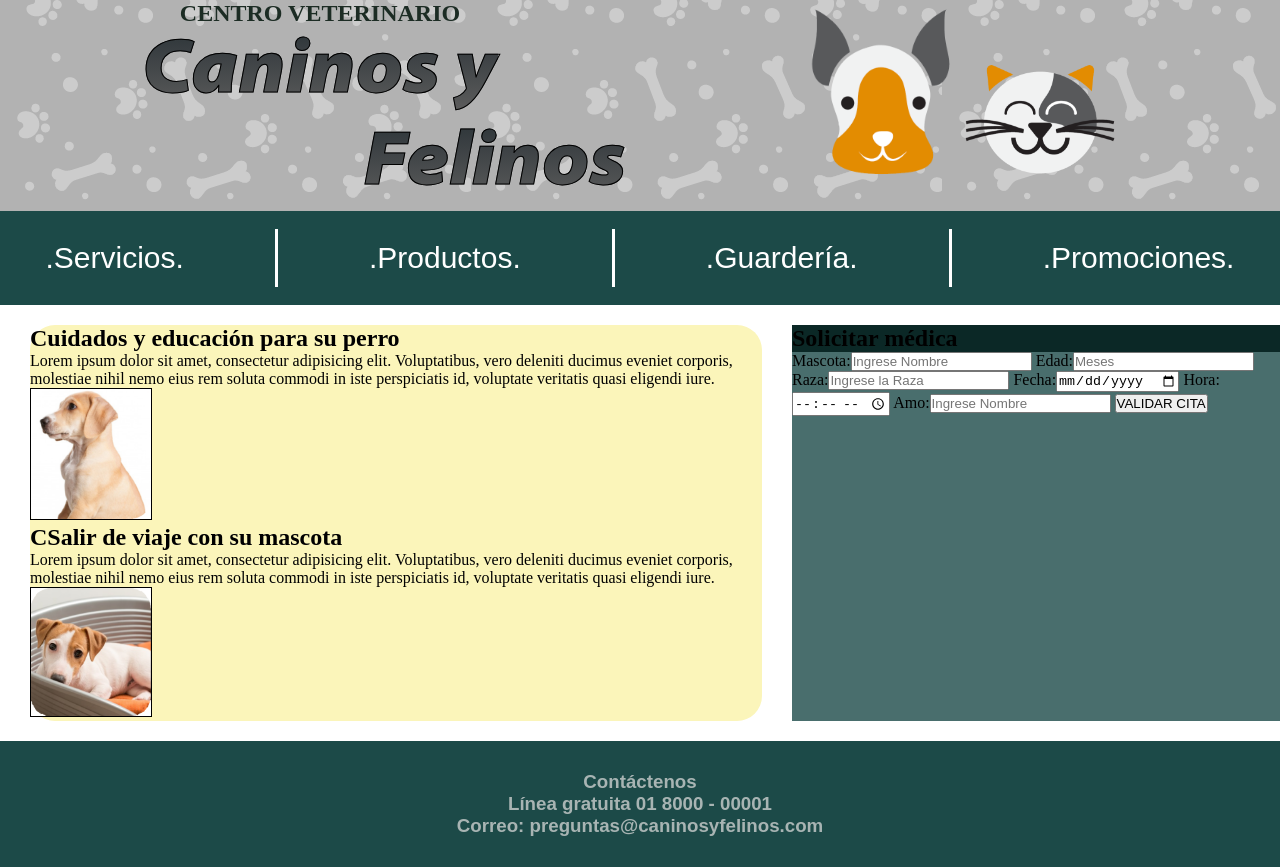
Repository: mariomr87/senaweb01
Page: principal.html
These files come from the project's save history. The page is drawn as it stood at one moment and after the next save; the edit follows.
The browser window is 1280 px wide. The pictures show the whole page.

Above is the page before, as saved 2021-10-23 09:46:24.

### principal.html
<!DOCTYPE html>
<html lang="en">
<head>
    <meta charset="UTF-8">
    <meta http-equiv="X-UA-Compatible" content="IE=edge">
    <meta name="viewport" content="width=device-width, initial-scale=1.0">
    <link rel="stylesheet" href="estilos.css">
    <title>Document</title>
</head>
<body>
    <div>
        <header>
            <div id="cabecera">
                <div class="header-text">
                    <h3>CENTRO VETERINARIO</h3>
                    <h1><span id="header-text-degrad">Caninos y <br><span id="text-felinos">Felinos</span></spa></h1>
                </div>
                <div class="header-img">
                    <img src="./imagenes/dog_white.png" alt="">
                    <img src="./imagenes/cat_white.png" alt="">
                </div>
            </div>
        </header>
        <nav>
            <td>
                <tr><a href="">.Servicios.</a><span class="linea"></span></tr>
                <tr><a href="">.Productos.</a><span class="linea"></span></tr>
                <tr><a href="">.Guardería.</a><span class="linea"></span></tr>
                <tr><a href="">.Promociones.</a></tr>
            </td>
        </nav>
        <div class="centro-pag">
            <section>
                <article>
                    <h2>Cuidados y educación para su perro</h2>
                    <p>Lorem ipsum dolor sit amet, consectetur adipisicing elit. Voluptatibus, vero deleniti ducimus eveniet corporis, molestiae nihil nemo eius rem soluta commodi in iste perspiciatis id, voluptate veritatis quasi eligendi iure.</p>
                    <div><img src="./imagenes/perro1.png" alt=""></div>
                </article>
                <article>
                    <h2>CSalir de viaje con su mascota</h2>
                    <p>Lorem ipsum dolor sit amet, consectetur adipisicing elit. Voluptatibus, vero deleniti ducimus eveniet corporis, molestiae nihil nemo eius rem soluta commodi in iste perspiciatis id, voluptate veritatis quasi eligendi iure.</p>
                    <div><img src="./imagenes/perro2.png" alt=""></div>
                </article>
            </section>
            <aside>
                <form action="">
                    <div><h2>Solicitar médica</h2></div>
                    <div class="cuestionario">
                        <label for="mascota_name">Mascota:</label><input type="text" placeholder="Ingrese Nombre" id="">
                        <label for="age_pet">Edad:</label><input type="number" name="" id="" placeholder="Meses">
                        <label for="raza_pet">Raza:</label><input type="text" name="" id="" placeholder="Ingrese la Raza">
                        <label for="fecha_ingreso_pet">Fecha:</label><input type="date" name="" id="">
                        <label for="hora_ingreso_pet">Hora:</label><input type="time" name="" id="">
                        <label for="amo_pet">Amo:</label><input type="text" name="" id="" placeholder="Ingrese Nombre">
                        <button type="submit">VALIDAR CITA</button>
                    </div>
                </form>
            </aside>
        </div>
        <footer>
            <h3>Contáctenos</h3>
            <h3>Línea gratuita 01 8000 - 00001</h3>
            <h3>Correo: preguntas@caninosyfelinos.com</h3>
        </footer>
    </div>
</body>
</html>

### estilos.css
*{
    margin: 0px;
    padding: 0px;
}

@font-face {
    font-family: Myriad_Pro ;
    src: url(./extra/MyriadProBlackSemiExtendedItalic.otf);
}

h1{
    font-family: Myriad_pro;
}

header div img{
    width: 10em;
}

#cabecera{
    background-image: url("./imagenes/fondo.png");
    background-repeat: initial;
    width: 100%;
    display: flex;
    text-align: center;
}

.header-text,.header-img{
    width:50%;
}

.header-text h3{
    font-size: 1.5em;
    color:#1c2c24;
}

.header-text h1{
    font-size: 4.8em;
}

#header-text-degrad{
    background: linear-gradient(#30373b,#5c5c5c);
    -webkit-background-clip: text;
    -webkit-text-fill-color: transparent;
    -webkit-text-stroke: 1px black;
}

#text-felinos{
    margin-left: 350px;
}

nav{
    display: flex;
    flex-direction: row;
    justify-content: space-around;
    background: #1c4a48;
    margin-bottom: 20px;
}

nav a{
    color: #fff;
    text-decoration: none;
    font-size: 30px;
    font-family: Arial, Helvetica, sans-serif;
    padding: 30px 0;

}

.linea{
    border-right: 3px solid #fff;
    margin: 18px 0;
}

.centro-pag{
    display: flex;
}

.centro-pag section{
    border-radius: 25px;
}

section{
    flex-direction: column;
    background: #fbf5ba;
    width: 60%;
    margin: 0 30px;
}

article div img {
    width: 120px;
    border: 1px solid black;
}

.cuestionario{
  display: block;
}

form  div h2{
    background:#0b2826 ;
}

aside{
    background: #496e6d;
    width: 40%;
}

footer{
    text-align: center;
    background: #1c4a48;
    color: #a8b4b3;
    padding: 30px 0;
    font-family: Arial, Helvetica, sans-serif;
    margin-top: 20px;
}

After the next save:
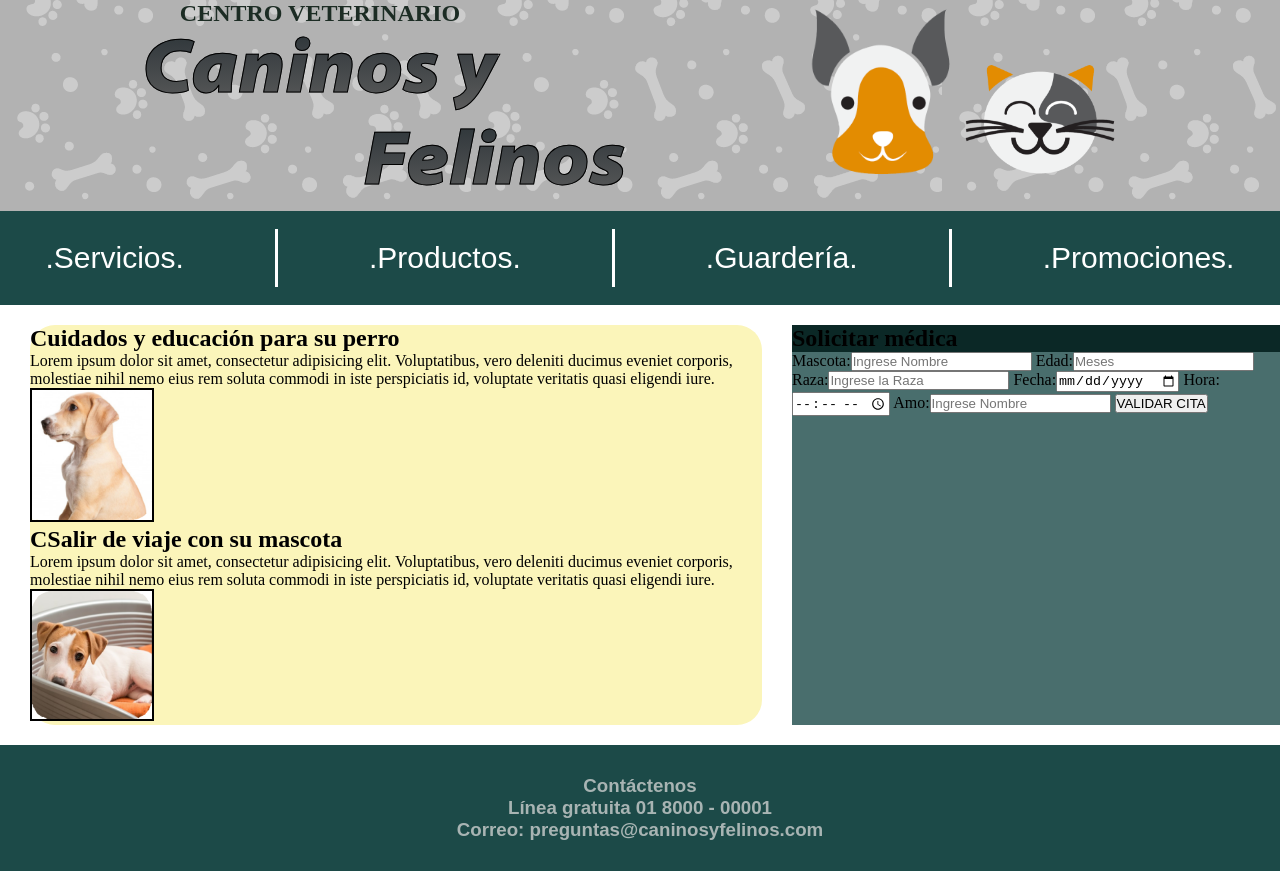
Saved 10 s later.
--- a/estilos.css
+++ b/estilos.css
@@ -87,7 +87,7 @@ section{
 
 article div img {
     width: 120px;
-    border: 1px solid black;
+    border: 2px solid black;
 }
 
 .cuestionario{
